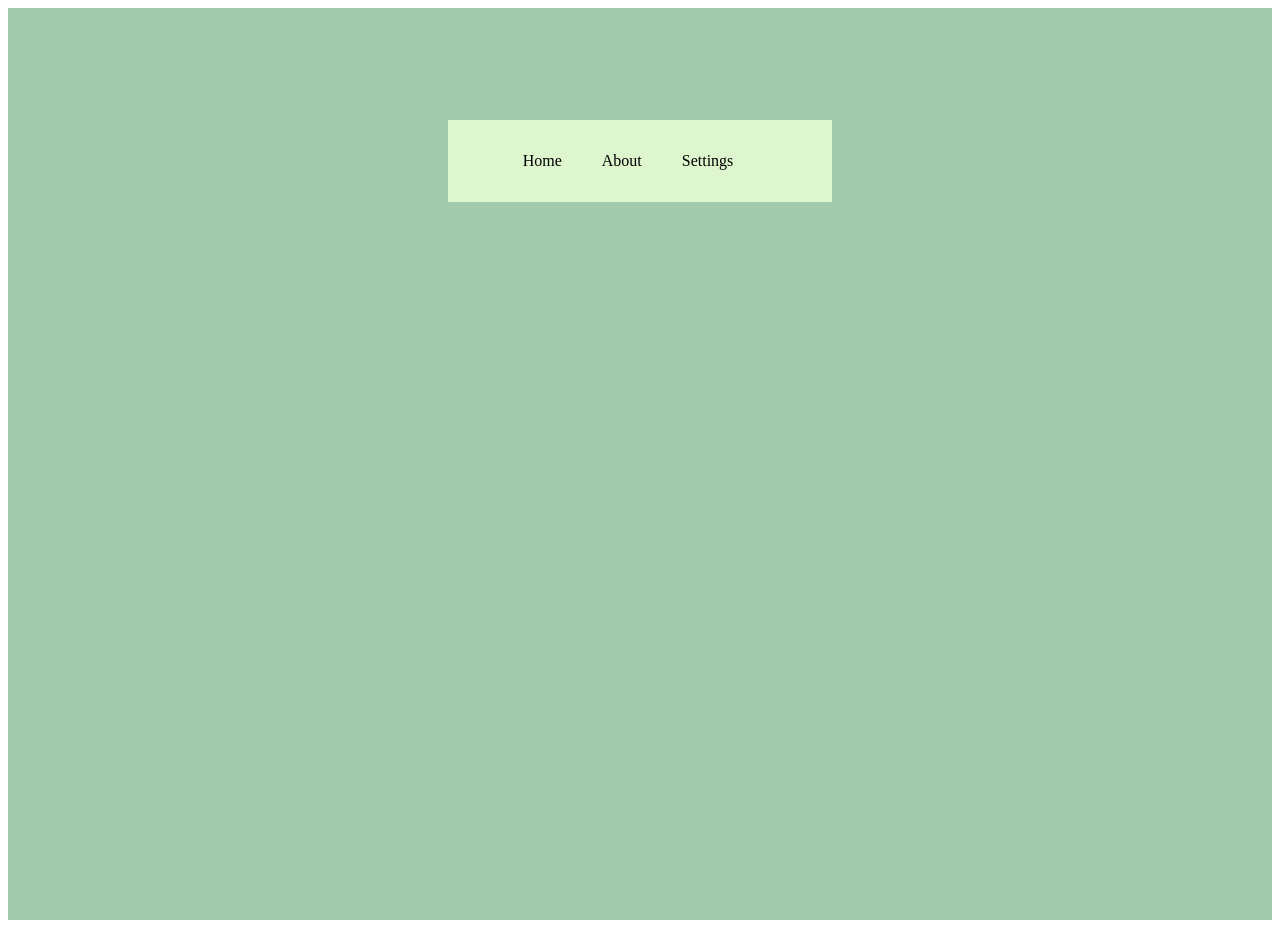
Repository: k8ANStar/Questify
Page: /
An editor plug-in stored every save of this project. The page is shown before and after the next save, followed by the edit.
The browser window is 1280 px wide. The pictures show the whole page.
The project was rebuilt for these pictures with package versions that can differ from the ones it lists, and the page was loaded fresh each time. The framework's server and built-in components were replaced by stand-ins that run in the browser. Also part of the build but not shown: next.config.mjs.

Above is the page before, as saved 2024-03-24 22:37:46.

After the next save:
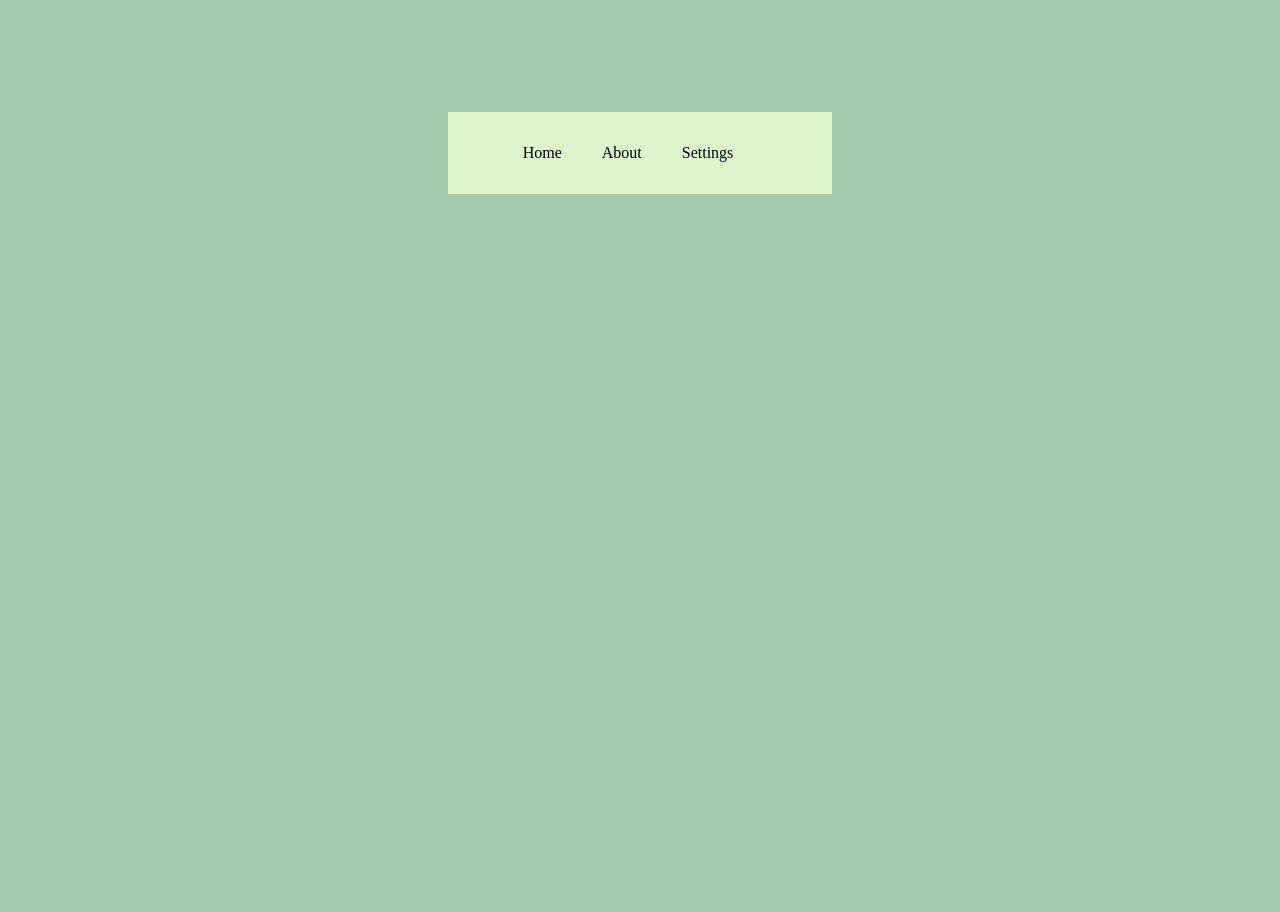
Saved 10 s later.
--- a/styles/Home.module.css
+++ b/styles/Home.module.css
@@ -1,11 +1,13 @@
 .main {
-  display: flex;
-  flex-direction: column;
-  justify-content: space-between;
-  align-items: center;
-  padding: 6rem;
-  min-height: 100vh;
-  background-color: rgb(162, 202, 173);
+	display: flex;
+	flex-direction: column;
+	justify-content: space-between;
+	align-items: center;
+	padding: 6rem;
+	min-height: 100vh;
+	background-color: rgb(162, 202, 173);
 }
 
-.body
+body {
+	margin: 0;
+}
